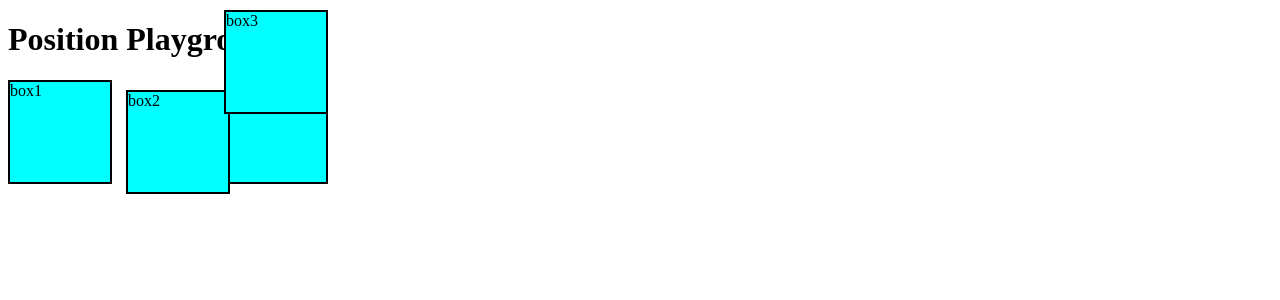
Repository: rakeshkolpepatil/CSS_Apana_College
Page: index.html
An editor plug-in stored every save of this project. The page is shown before and after a run of saves, followed by the edit.
The browser window is 1280 px wide. The pictures show the whole page.

Above is the page before, as saved 2023-06-23 17:24:07.

### index.html
<!DOCTYPE html>
<html lang="en">
<head>
  <meta charset="UTF-8">
  <meta name="viewport" content="width=device-width, initial-scale=1.0">
  <title>Position Property in CSS</title>
  <link rel="stylesheet" href="styleFive.css"/>
</head>
<body>
  <h1> Position Playground</h1>
    <div id="box1"> box1 </div>
    <div id="box2"> box2 </div>
    <div id="box3"> box3 </div>
    <div id="box4"> box4 </div>
</body>
</html>

### styleFive.css
div{
  height: 100px;
  width: 100px;
  background-color:aqua;
  border: 2px solid black;
  display: inline-block;
}

/*

1) The 'static' property is the default property for an html element. In this property Top, Bottom, Left, Right and z-index has no effect.

2) The 'relative' property sets element relative to its default position. The top, right, bottom, left and z-index properties will work with this position.

3) The 'absolute' property positions relative to its closest non-staticly positioned ancestor and the element is removed from the flow.

4) The 'fixed' property
*/

#box1{
  position: static;
}
#box2{
  position: relative;
  top: 10px;
  left: 10px;
}
#box3{
  position: absolute;
  top: 10px;
}

After the next 2 saves:
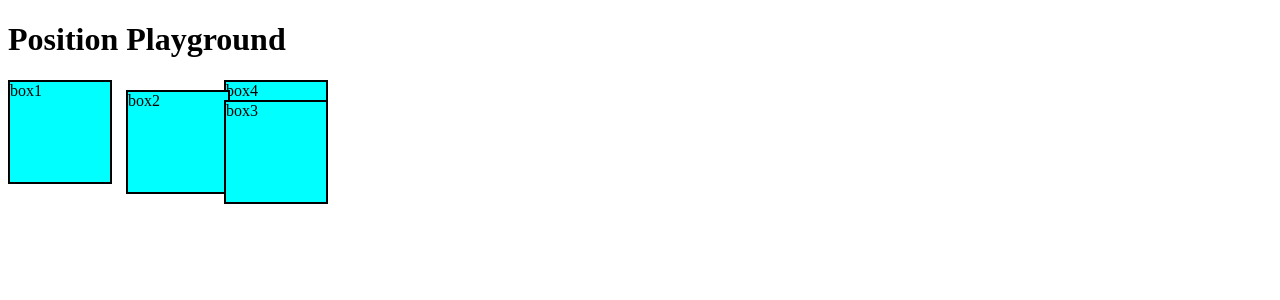
The 2 saves are shown as one change because they came seconds apart.
The last was saved 17 s later.
--- a/styleFive.css
+++ b/styleFive.css
@@ -27,5 +27,5 @@ div{
 }
 #box3{
   position: absolute;
-  top: 10px;
+  top: 100px;
 }
